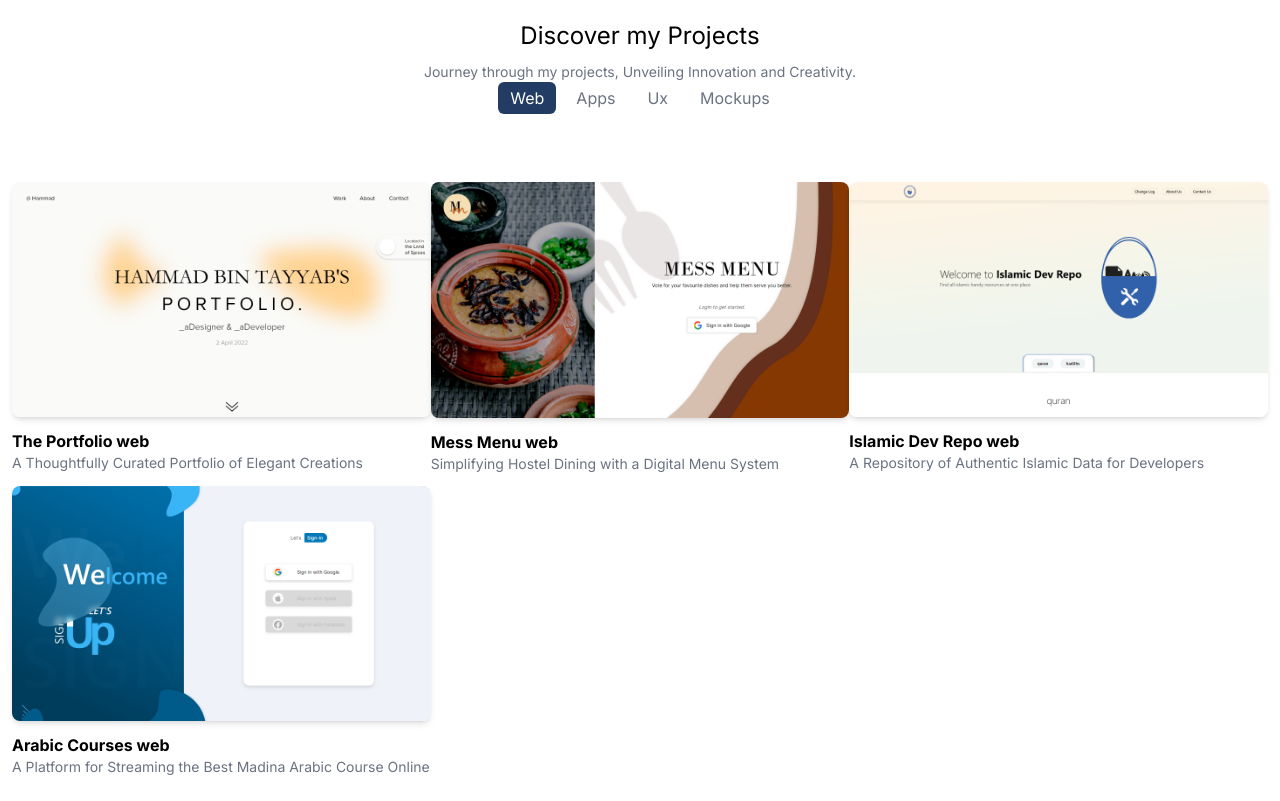
Repository: SpicierEwe/my_portfolio_v2
Page: /
An editor plug-in stored every save of this project. The page is shown before and after a run of saves, followed by the edit.
The browser window is 1280 px wide. The pictures show the whole page.
The project was rebuilt for these pictures with package versions that can differ from the ones it lists, and the page was loaded fresh each time. The framework's server and built-in components were replaced by stand-ins that run in the browser. Also part of the build but not shown: next.config.js, core/utils/customIcons.js, core/utils/utils.tsx, core/db/sub_db_data/ux_db.js.

Above is the page before, as saved 2024-04-22 11:10:45.

After the next 2 saves:
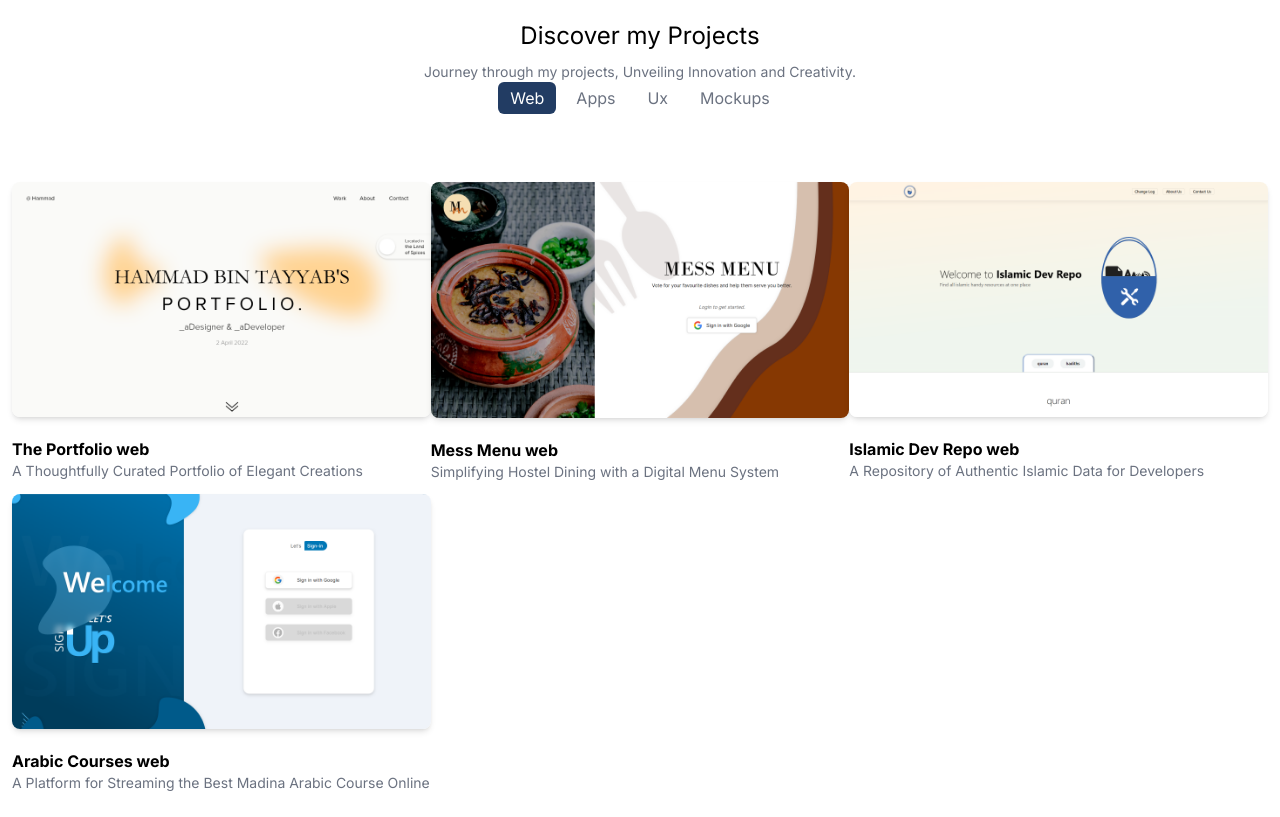
The 2 saves are shown as one change because they came seconds apart.
The last was saved 12 s later.
--- a/Components/Work_section/work_section.tsx
+++ b/Components/Work_section/work_section.tsx
@@ -66,8 +66,8 @@ export default function WorkSection() {
                       layout="responsive"
                     ></Image>
                   }
-                  <div className="ml-1 mb-3">
-                    <p className="mt-3 font-bold">
+                  <div className="ml-1 mb-3 mt-5">
+                    <p className=" font-bold">
                       {projectName} {selectedNavItemName}
                     </p>
                     <p className="text-gray-500 text-sm">{tagLine}</p>
